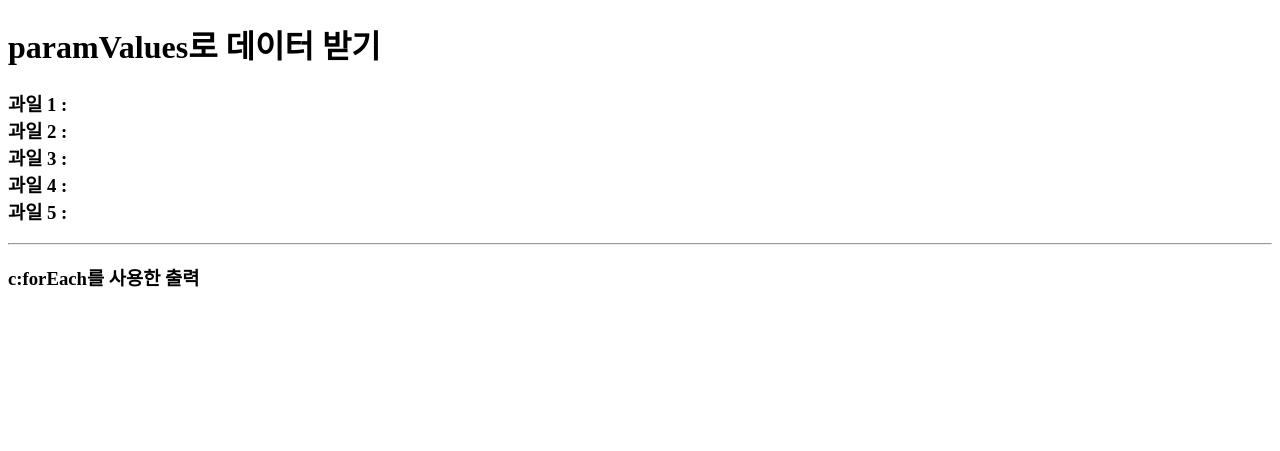
Repository: leechanggyu1118/JSTL_JAVA-WEB_-
Page: http://localhost/jstl_study/step-5.jsp
An editor plug-in stored every save of this project. The page is shown before and after the next save, followed by the edit.
The browser window is 1280 px wide. The pictures show the whole page.
The page is served by Tomcat 9.

Above is the page before, as saved 2024-04-11 04:00:18.

After the next save:
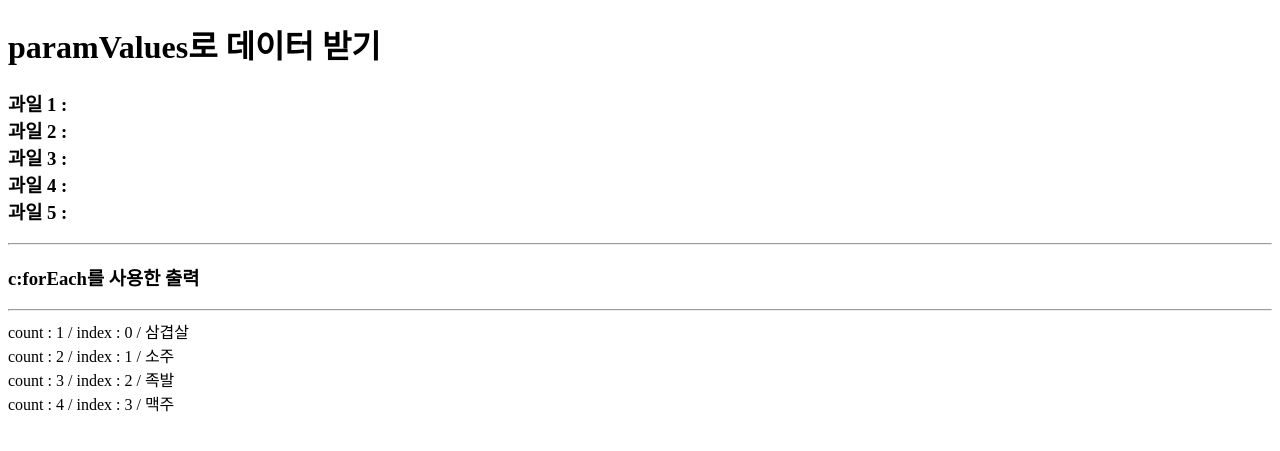
Saved 3 min 27 s later.
--- a/jstl_study/src/main/webapp/step-5.jsp
+++ b/jstl_study/src/main/webapp/step-5.jsp
@@ -25,6 +25,18 @@
 		과일 ${i.index } / ${i.count } : ${foods } <br>
 	</c:forEach>
 
+	<hr>
+
+	<%
+		String friends[] = {"삼겹살", "소주", "족발", "맥주"};
+		//java Controller에서 jsp로 데이터를 보낼 때
+		request.setAttribute("fr", friends);
+	%>
+
+	<c:forEach items="${requestScope.fr }" var="fname" varStatus="i">
+		count : ${i.count } / index : ${i.index } / ${fname } <br>
+
+	</c:forEach>
 
 
 
